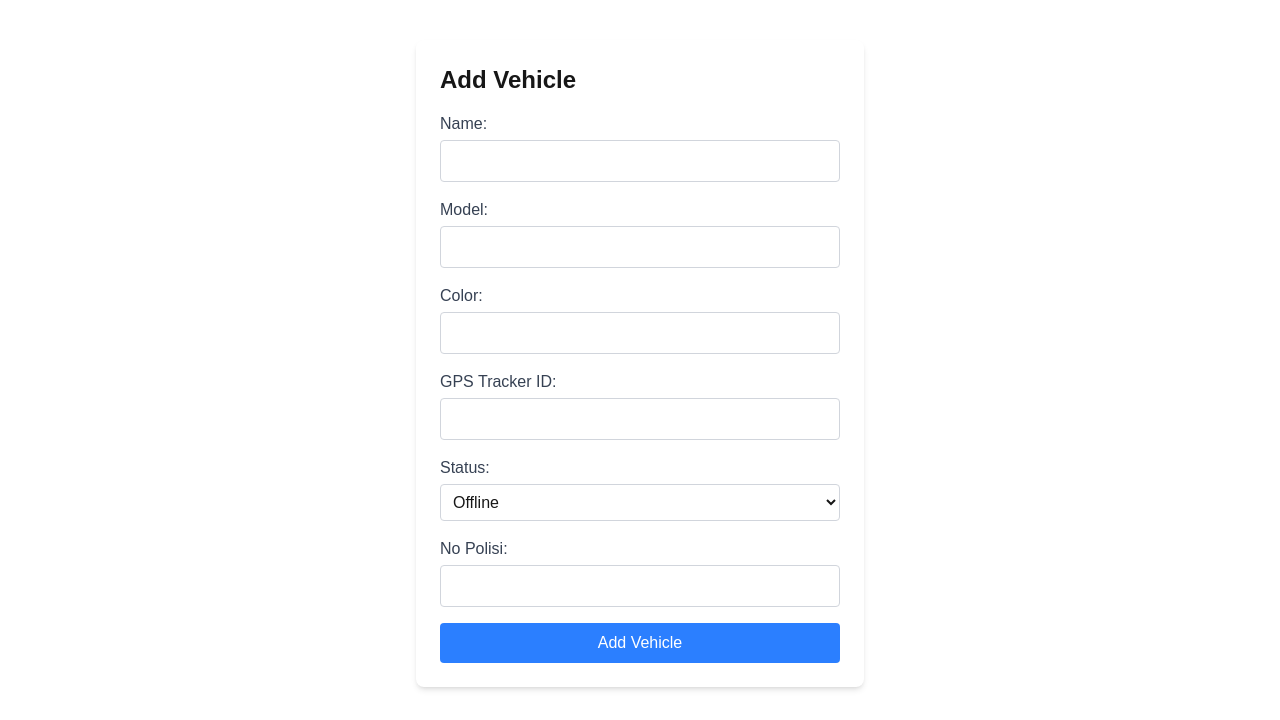
Repository: Adriankf59/gps-tracker
Page: /AddVehiclePage
An editor plug-in stored every save of this project. The page is shown before and after the next save, followed by the edit.
The browser window is 1280 px wide. The pictures show the whole page.
The project was rebuilt for these pictures with package versions that can differ from the ones it lists, and the page was loaded fresh each time. The framework's server and built-in components were replaced by stand-ins that run in the browser. Also part of the build but not shown: next.config.mjs.

Above is the page before, as saved 2025-03-20 20:24:21.

### pages/AddVehiclePage.js
import React, { useState } from 'react';
import axios from 'axios';

// Misalkan sudah dideklarasikan: ini seharusnya datang dari server untuk dipakai di klien untuk validasi (hanya contoh)
const existingGpsTrackerIDs = ['GPS123', 'GPS124', 'GPS125'];

const AddVehiclePage = () => {
  const [formData, setFormData] = useState({
    name: '',
    model: '',
    color: '',
    gps_tracker_id: '',
    status: 'Offline',
    no_polisi: ''
  });

  const handleChange = (e) => {
    const { name, value } = e.target;
    setFormData((prevState) => ({ ...prevState, [name]: value }));
  };

  const handleSubmit = async (e) => {
    e.preventDefault();

    // Memeriksa duplikasi GPS Tracker ID
    if (existingGpsTrackerIDs.includes(formData.gps_tracker_id)) {
      alert('GPS Tracker ID already exists. Please use a different ID.');
      return; // menghentikan proses jika ID sudah ada
    }

    try {
      const response = await axios.post('http://localhost:3000/api/vehicles', formData);

      if (response.status === 201) {
        alert('Vehicle data successfully saved.');
        setFormData({
          name: '',
          model: '',
          color: '',
          gps_tracker_id: '',
          status: 'Offline',
          no_polisi: ''
        });
      } else {
        alert('Failed to save vehicle data.');
      }
    } catch (error) {
      console.error('Error saving vehicle data:', error);

      if (error.response) {
        console.error('Error response data:', error.response.data);
        console.error('Error response status:', error.response.status);
        console.error('Error response headers:', error.response.headers);
        alert(`Error occurred: ${error.response.data.message || error.response.statusText}`);
      } else if (error.request) {
        console.error('Error request data:', error.request);
        alert('No response received from the server.');
      } else {
        console.error('Error message:', error.message);
        alert('An error occurred in setting up the request.');
      }
    }
  };

  return (
    <div className="max-w-md mx-auto mt-10 p-6 bg-white rounded-lg shadow-md">
      <h1 className="text-2xl font-bold mb-4">Add Vehicle</h1>
      <form onSubmit={handleSubmit}>
        <div className="mb-4">
          <label className="block text-gray-700">Name:</label>
          <input
            type="text"
            name="name"
            value={formData.name}
            onChange={handleChange}
            required
            className="mt-1 p-2 w-full border border-gray-300 rounded"
          />
        </div>
        <div className="mb-4">
          <label className="block text-gray-700">Model:</label>
          <input
            type="text"
            name="model"
            value={formData.model}
            onChange={handleChange}
            className="mt-1 p-2 w-full border border-gray-300 rounded"
          />
        </div>
        <div className="mb-4">
          <label className="block text-gray-700">Color:</label>
          <input
            type="text"
            name="color"
            value={formData.color}
            onChange={handleChange}
            className="mt-1 p-2 w-full border border-gray-300 rounded"
          />
        </div>
        <div className="mb-4">
          <label className="block text-gray-700">GPS Tracker ID:</label>
          <input
            type="text"
            name="gps_tracker_id"
            value={formData.gps_tracker_id}
            onChange={handleChange}
            required
            className="mt-1 p-2 w-full border border-gray-300 rounded"
          />
        </div>
        <div className="mb-4">
          <label className="block text-gray-700">Status:</label>
          <select
            name="status"
            value={formData.status}
            onChange={handleChange}
            className="mt-1 p-2 w-full border border-gray-300 rounded"
          >
            <option value="Offline">Offline</option>
            <option value="Online">Online</option>
          </select>
        </div>
        <div className="mb-4">
          <label className="block text-gray-700">No Polisi:</label>
          <input
            type="text"
            name="no_polisi"
            value={formData.no_polisi}
            onChange={handleChange}
            className="mt-1 p-2 w-full border border-gray-300 rounded"
          />
        </div>
        <button
          type="submit"
          className="w-full p-2 bg-blue-500 text-white rounded hover:bg-blue-600"
        >
          Add Vehicle
        </button>
      </form>
    </div>
  );
};

export default AddVehiclePage;

Loaded but not shown: pages/_app.js (common file); pages/_document.js (common file); styles/globals.css (common file)

After the next save:
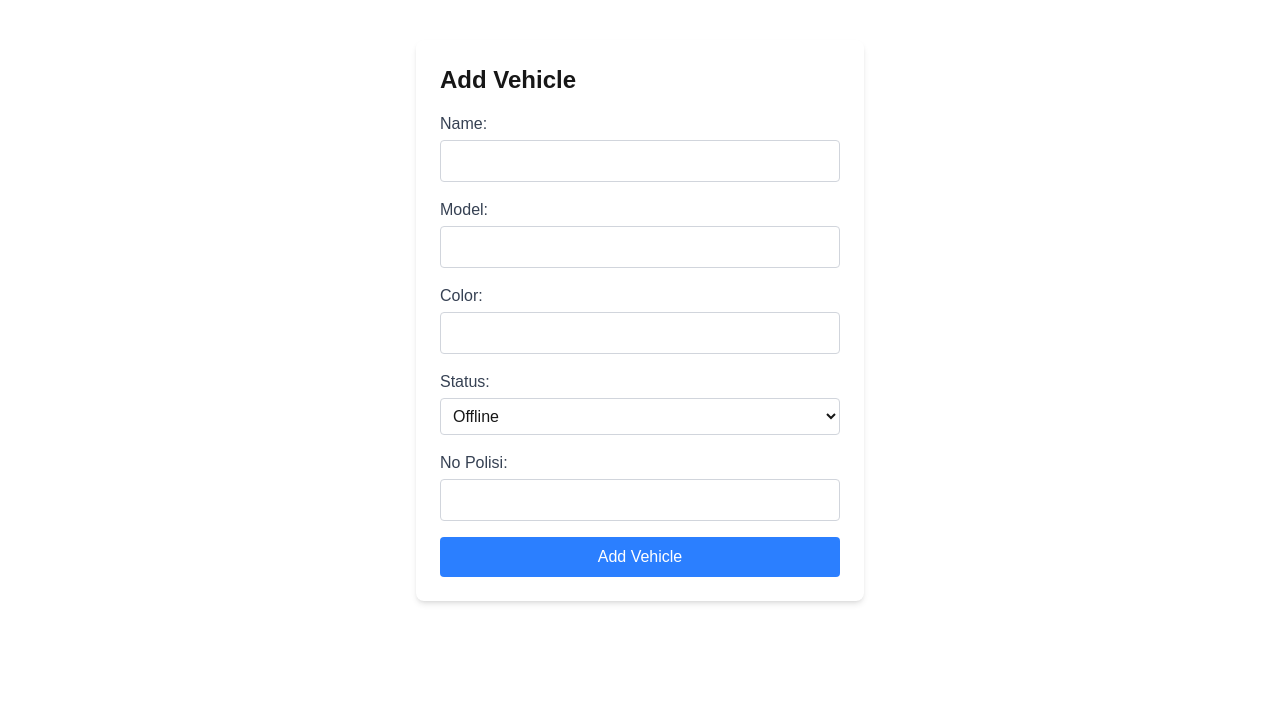
Saved 6 days later.
--- a/pages/AddVehiclePage.js
+++ b/pages/AddVehiclePage.js
@@ -1,15 +1,11 @@
 import React, { useState } from 'react';
 import axios from 'axios';
-
-// Misalkan sudah dideklarasikan: ini seharusnya datang dari server untuk dipakai di klien untuk validasi (hanya contoh)
-const existingGpsTrackerIDs = ['GPS123', 'GPS124', 'GPS125'];
 
 const AddVehiclePage = () => {
   const [formData, setFormData] = useState({
     name: '',
     model: '',
     color: '',
-    gps_tracker_id: '',
     status: 'Offline',
     no_polisi: ''
   });
@@ -22,12 +18,6 @@ const AddVehiclePage = () => {
   const handleSubmit = async (e) => {
     e.preventDefault();
 
-    // Memeriksa duplikasi GPS Tracker ID
-    if (existingGpsTrackerIDs.includes(formData.gps_tracker_id)) {
-      alert('GPS Tracker ID already exists. Please use a different ID.');
-      return; // menghentikan proses jika ID sudah ada
-    }
-
     try {
       const response = await axios.post('http://localhost:3000/api/vehicles', formData);
 
@@ -37,7 +27,6 @@ const AddVehiclePage = () => {
           name: '',
           model: '',
           color: '',
-          gps_tracker_id: '',
           status: 'Offline',
           no_polisi: ''
         });
@@ -98,17 +87,6 @@ const AddVehiclePage = () => {
           />
         </div>
         <div className="mb-4">
-          <label className="block text-gray-700">GPS Tracker ID:</label>
-          <input
-            type="text"
-            name="gps_tracker_id"
-            value={formData.gps_tracker_id}
-            onChange={handleChange}
-            required
-            className="mt-1 p-2 w-full border border-gray-300 rounded"
-          />
-        </div>
-        <div className="mb-4">
           <label className="block text-gray-700">Status:</label>
           <select
             name="status"
